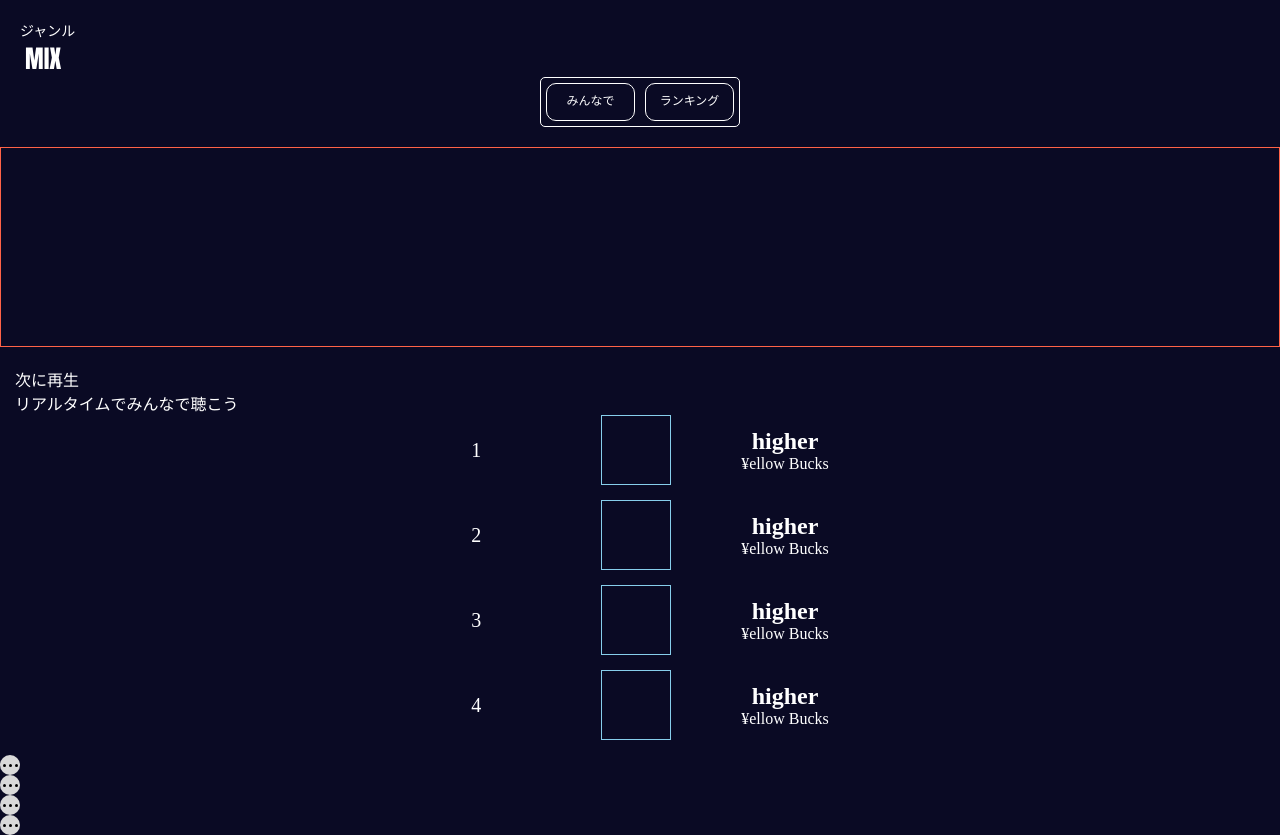
Repository: FujieRyou/2024_team
Page: /LoggedIn
The author's editor kept a copy of each file at every save. The page is drawn from the files as they stood at one save, then again after the next save.
The browser window is 1280 px wide. The pictures show the whole page.
The project was rebuilt for these pictures with package versions that can differ from the ones it lists, and the page was loaded fresh each time. The framework's server and built-in components were replaced by stand-ins that run in the browser. Also part of the build but not shown: next.config.js.

Above is the page before, as saved 2024-01-10 10:05:51.

### src/pages/_app.jsx
import "@/styles/ress.css"
import '@/styles/index.css'

export default function App({ Component, pageProps }) {
  return <Component {...pageProps} />
}

### src/pages/LoggedIn.jsx
import React from 'react'

function LoggedIn (){
    return(
<div id="container_wrap">
    <header>
        <div id="genre_wrap">ジャンル</div>
        <div id="mix_wrap">MIX</div>
        <div id="btn">
            <div class="everyone">みんなで</div>
            <div class="ranking">ランキング</div>
        </div>
    </header>
    <div id="main_img">
        <div class="scrollContent">
            <div class="scrollWrap">
            </div>
        </div>

    </div>
    <div id="maincontent_wrap">
        <div id="addition_wrap">
                <p className='addition'>次に再生<br/><span>リアルタイムでみんなで聴こう</span></p>
        </div>
        <div id="songContent_wrap">
            <p class="song_num">1</p>
            <div id="song_wrap">
                <div id="singer_wrap">
                    <h2 class="songtitle">higher</h2>
                    <p class="singer">¥ellow Bucks</p>
                </div>
                <div class="song_img">
                </div>
            </div>
        </div>
    </div>
        <div id="songContent_wrap">
            <p class="song_num">2</p>
            <div id="song_wrap">

                <div id="singer_wrap">
                    <h2 class="songtitle">higher</h2>
                    <p class="singer">¥ellow Bucks</p>
                </div>
                <div class="song_img">
                </div>
            </div>
        </div>

        <div id="songContent_wrap">
            <p class="song_num">3</p>
            <div id="song_wrap">
                <div id="singer_wrap">
                    <h2 class="songtitle">higher</h2>
                    <p class="singer">¥ellow Bucks</p>
                </div>
                <div class="song_img">
                </div>
            </div>
        </div>
        <div id="songContent_wrap">
            <p class="song_num">4</p>
            <div id="song_wrap">
                <div id="singer_wrap">
                    <h2 class="songtitle">higher</h2>
                    <p class="singer">¥ellow Bucks</p>
                </div>
                <div class="song_img">
                </div>
            </div>
        </div>
        <div class="button_wrap">
            <div class="button">
                <p>
                    <span></span>
                    <span></span>
                    <span></span>
                </p>
            </div>
            <div class="button">
                <p>
                    <span></span>
                    <span></span>
                    <span></span>
                </p>
            </div>
            <div class="button">
                <p>
                    <span></span>
                    <span></span>
                    <span></span>
                </p>
            </div>
            <div class="button">
                <p>
                    <span></span>
                    <span></span>
                    <span></span>
                </p>
            </div>
        </div>
    </div>
    )
}

export default LoggedIn

### src/styles/ress.css
/*!
 * ress.css • v4.0.0
 * MIT License
 * github.com/filipelinhares/ress
 */

/* # =================================================================
   # Global selectors
   # ================================================================= */

   html {
    box-sizing: border-box;
    -webkit-text-size-adjust: 100%; /* Prevent adjustments of font size after orientation changes in iOS */
    word-break: normal;
    -moz-tab-size: 4;
    tab-size: 4;
  }

  *,
  ::before,
  ::after {
    background-repeat: no-repeat; /* Set `background-repeat: no-repeat` to all elements and pseudo elements */
    box-sizing: inherit;
  }

  ::before,
  ::after {
    text-decoration: inherit; /* Inherit text-decoration and vertical align to ::before and ::after pseudo elements */
    vertical-align: inherit;
  }

  * {
    padding: 0; /* Reset `padding` and `margin` of all elements */
    margin: 0;
  }

  /* # =================================================================
     # General elements
     # ================================================================= */

  hr {
    overflow: visible; /* Show the overflow in Edge and IE */
    height: 0; /* Add the correct box sizing in Firefox */
    color: inherit; /* Correct border color in Firefox. */
  }

  details,
  main {
    display: block; /* Render the `main` element consistently in IE. */
  }

  summary {
    display: list-item; /* Add the correct display in all browsers */
  }

  small {
    font-size: 80%; /* Set font-size to 80% in `small` elements */
  }

  [hidden] {
    display: none; /* Add the correct display in IE */
  }

  abbr[title] {
    border-bottom: none; /* Remove the bottom border in Chrome 57 */
    /* Add the correct text decoration in Chrome, Edge, IE, Opera, and Safari */
    text-decoration: underline;
    text-decoration: underline dotted;
  }

  a {
    background-color: transparent; /* Remove the gray background on active links in IE 10 */
  }

  a:active,
  a:hover {
    outline-width: 0; /* Remove the outline when hovering in all browsers */
  }

  code,
  kbd,
  pre,
  samp {
    font-family: monospace, monospace; /* Specify the font family of code elements */
  }

  pre {
    font-size: 1em; /* Correct the odd `em` font sizing in all browsers */
  }

  b,
  strong {
    font-weight: bolder; /* Add the correct font weight in Chrome, Edge, and Safari */
  }

  /* https://gist.github.com/unruthless/413930 */
  sub,
  sup {
    font-size: 75%;
    line-height: 0;
    position: relative;
    vertical-align: baseline;
  }

  sub {
    bottom: -0.25em;
  }

  sup {
    top: -0.5em;
  }

  table {
    border-color: inherit; /* Correct border color in all Chrome, Edge, and Safari. */
    text-indent: 0; /* Remove text indentation in Chrome, Edge, and Safari */
  }

  /* # =================================================================
     # Forms
     # ================================================================= */

  input {
    border-radius: 0;
  }

  /* Replace pointer cursor in disabled elements */
  [disabled] {
    cursor: default;
  }

  [type='number']::-webkit-inner-spin-button,
  [type='number']::-webkit-outer-spin-button {
    height: auto; /* Correct the cursor style of increment and decrement buttons in Chrome */
  }

  [type='search'] {
    -webkit-appearance: textfield; /* Correct the odd appearance in Chrome and Safari */
    outline-offset: -2px; /* Correct the outline style in Safari */
  }

  [type='search']::-webkit-search-decoration {
    -webkit-appearance: none; /* Remove the inner padding in Chrome and Safari on macOS */
  }

  textarea {
    overflow: auto; /* Internet Explorer 11+ */
    resize: vertical; /* Specify textarea resizability */
  }

  button,
  input,
  optgroup,
  select,
  textarea {
    font: inherit; /* Specify font inheritance of form elements */
  }

  optgroup {
    font-weight: bold; /* Restore the font weight unset by the previous rule */
  }

  button {
    overflow: visible; /* Address `overflow` set to `hidden` in IE 8/9/10/11 */
  }

  button,
  select {
    text-transform: none; /* Firefox 40+, Internet Explorer 11- */
  }

  /* Apply cursor pointer to button elements */
  button,
  [type='button'],
  [type='reset'],
  [type='submit'],
  [role='button'] {
    cursor: pointer;
    color: inherit;
  }

  /* Remove inner padding and border in Firefox 4+ */
  button::-moz-focus-inner,
  [type='button']::-moz-focus-inner,
  [type='reset']::-moz-focus-inner,
  [type='submit']::-moz-focus-inner {
    border-style: none;
    padding: 0;
  }

  /* Replace focus style removed in the border reset above */
  button:-moz-focusring,
  [type='button']::-moz-focus-inner,
  [type='reset']::-moz-focus-inner,
  [type='submit']::-moz-focus-inner {
    outline: 1px dotted ButtonText;
  }

  button,
  html [type='button'], /* Prevent a WebKit bug where (2) destroys native `audio` and `video`controls in Android 4 */
  [type='reset'],
  [type='submit'] {
    -webkit-appearance: button; /* Correct the inability to style clickable types in iOS */
  }

  /* Remove the default button styling in all browsers */
  button,
  input,
  select,
  textarea {
    background-color: transparent;
    border-style: none;
  }

  a:focus,
  button:focus,
  input:focus,
  select:focus,
  textarea:focus {
    outline-width: 0;
  }

  /* Style select like a standard input */
  select {
    -moz-appearance: none; /* Firefox 36+ */
    -webkit-appearance: none; /* Chrome 41+ */
  }

  select::-ms-expand {
    display: none; /* Internet Explorer 11+ */
  }

  select::-ms-value {
    color: currentColor; /* Internet Explorer 11+ */
  }

  legend {
    border: 0; /* Correct `color` not being inherited in IE 8/9/10/11 */
    color: inherit; /* Correct the color inheritance from `fieldset` elements in IE */
    display: table; /* Correct the text wrapping in Edge and IE */
    max-width: 100%; /* Correct the text wrapping in Edge and IE */
    white-space: normal; /* Correct the text wrapping in Edge and IE */
    max-width: 100%; /* Correct the text wrapping in Edge 18- and IE */
  }

  ::-webkit-file-upload-button {
    /* Correct the inability to style clickable types in iOS and Safari */
    -webkit-appearance: button;
    color: inherit;
    font: inherit; /* Change font properties to `inherit` in Chrome and Safari */
  }

  /* # =================================================================
     # Specify media element style
     # ================================================================= */

  img {
    border-style: none; /* Remove border when inside `a` element in IE 8/9/10 */
  }

  /* Add the correct vertical alignment in Chrome, Firefox, and Opera */
  progress {
    vertical-align: baseline;
  }

  /* # =================================================================
     # Accessibility
     # ================================================================= */

  /* Specify the progress cursor of updating elements */
  [aria-busy='true'] {
    cursor: progress;
  }

  /* Specify the pointer cursor of trigger elements */
  [aria-controls] {
    cursor: pointer;
  }

  /* Specify the unstyled cursor of disabled, not-editable, or otherwise inoperable elements */
  [aria-disabled='true'] {
    cursor: default;
  }

### src/styles/index.css
html,body{
    width: 100vw;
    height: 100vh;
    background-color: #0A0A24;
    color: #fff;
}

nav{
    width: 100%;
    height: 81px;
    display: flex;
    justify-content: space-around;
    position: fixed;
    bottom: 0px;
    background-color: #0A0A24;
    border-top: solid 1px #8E8E8E;
}

.iconWrap{
    display: flex;
    flex-direction: column;
    align-items: center;
    justify-content: center;
}

.iconWrap a{
    display: flex;
    flex-direction: column;
    align-items: center;
    justify-content: center;
    text-decoration: none;
}

.iconWrap p{
    font-size: 10px;
    margin-top: 4px;
    color: #fff;
}

.loginWrap{
    width: 100vw;
    height: 100vh;
    padding-top: 200px;
}

.indexWrap{
    width: 100%;
    height: 100%;
}

/* h2{
    font-size: 64px;
    text-align: center;
    font-family: sans-serif;
    padding-top: 30px;
} */

.appName{
    font-size: 64px;
    text-align: center;
    font-family: sans-serif;
    padding-top: 30px;
    margin-top: 30px;
    color: #fff;
}

.signBtnWrap{
    width: 100%;
    height: auto;
}

.signBtn{
    display: flex;
    align-items: center;
    justify-content: center;
    width: 200px;
    height: 54px;
    border-radius: 30px;
    background-color: rgb(65, 243, 65);
    font-size: 16px;
    /* box-shadow: 3px 1px 3px 1px rgb(235, 235, 235); */
    margin: 0 auto;
    margin-top: 280px;
    color: #000;
    text-decoration: none;
}

.logoBox{
    width: 64px;
    height: 64px;
    background-color: gray;
    color: #fff;
    margin: 0 auto;
    display: flex;
    justify-content: center;
    align-items: center;
}

h2{
    text-align: center;
}

.searchWrap{
    margin-top: 69px;
    margin-bottom: 11px;
    padding: 0px 13px;
}

.searchTxt{
    width: 100%;
    height: 40px;
    border: solid 1px #000;
    background-color: #28376C;
    color: #fff;
    padding: 7px 18px;
    border-radius: 13px;

}

.searchBtn{
    width: 64px;
    height: 32px;
    background-color: aquamarine;
}

.searchResults{
    display: flex;
    gap: 8px;
    width: 100%;
    height: 88px;
    padding: 8px;
    overflow: hidden;
}

.searchResultsImg{
    width: 80px;
    height: 80px;
}

.searchResultsTxt p{
    width: 288px;
    font-size: 14px;
}

.genreWrap{
    padding: 0px 21px;
}

.genreWrap p{
    padding-left: 74px;
    margin-bottom: 12px;
}

.genruBtnWrap{
    display: flex;
    flex-wrap: wrap;
    padding: 0px 8px;
    gap: 16px 12px;
    margin: 0 auto;
}

.genruBtnWrap > button{
    width: 172px;
    height: 86px;
    background-color: #F42C2C;
    border-radius: 10px;
}

#genre_wrap{
    padding-top: 20px;
    align-items: center;
    color: #fff;
    font-size: 14px;
    margin-left: 20px;
    font-family: 'Noto Sans JP', sans-serif;
}

/* MIX */
#mix_wrap{
    font-size: 25px;
    font-family:Impact, Haettenschweiler, 'Arial Narrow Bold', sans-serif;
    margin-left: 25px;
}

/*genre btn*/
#btn{
    display: flex;
    justify-content: center;
    align-items: center;
    width: 200px;
    height: 50px;
    border: solid 1px #fff;
    border-radius: 5px;
    margin: 0 auto;
    text-align: center;
    margin-bottom: 20px;
}

.everyone{
    width: 80%;
    height: 80%;
    line-height: 35px;
    margin:0 5px;
    border: solid 1px #fff;
    border-radius: 10px;
    font-size: 12px;
    font-family:  'Noto Sans JP', sans-serif;
}

.ranking{
    width: 80%;
    height: 80%;
    line-height: 35px;
    margin:0 5px;
    border: solid 1px #fff;
    border-radius: 10px;
    font-size: 12px;
    font-family:  'Noto Sans JP', sans-serif;;
}


/*main*/
#main_img{
    width: 100%;
    height: 200px;
    border: solid 1px tomato;
    margin: 0 auto;

}

/*見出し*/
#addition_wrap{
    margin-top: 20px;
    margin-left: 15px;
}
.addition{
    font-size: 16px;
    font-family:  'Noto Sans JP', sans-serif;
}
.dli-plus {
    display: inline-block;
    vertical-align: middle;
    justify-content: center;
    color: #fff;
    line-height: 20px;
    width: 1.5rem;
    height:0.15rem;
    background: #efefef;
    border-radius: 1rem;
    position: relative;
    top:24px;
    left:10px;
  }

  .dli-plus::before {
    content: '';
    position: absolute;
    top: 0;
    left: 0;
    width: 100%;
    height: 100%;
    background: inherit;
    border-radius: inherit;
    transform: rotate(90deg);

  }
#addition_wrap{
    display: flex;
}
#addition_wrap  .back{
    display: block;
    background: #231815;
    width: 35px;
    height:35px;
    border-radius: 25%;
    margin-right: 50px;
  }
  .addition-text{
    font-size: 30px;
    font-family:'Noto Sans JP', sans-serif;

}

  #plus_btn{
    /* align-items: center; */
    margin-left:220px;
    margin-top: -18px;
  }

/*music list*/
#songContent_wrap{
    display: flex;
    justify-content: center;
    align-items: center;
    margin-bottom: 15px;
}

.song_num{
    font-size: 20px;
    margin: 0 20px;
}

#song_wrap{
    display: flex;
    flex-direction: row-reverse;
    gap: 70px;
    justify-content: center;
    align-items: center;
}


.song_img{
    border: solid 1px skyblue;
    width: 70px;
    height: 70px;
    margin-left: 100px;
}
.button_wrap{
    display: flex;
    flex-direction: column;
}
.button{
    width: 20px;
    height: 20px;
    border-radius: 50%;
    background-color: #d9d9d9;
    display: flex;
    justify-content: center;
}

.button p{
    display: flex;
    justify-content: center;
    align-items: center;
    text-align: center;
    gap: 3px;
}

.button p span{
    width: 3px;
    height: 3px;
    border-radius: 50%;
    background-color: #000;

}

Loaded but not shown: src/pages/_document.jsx (common file)

After the next save:
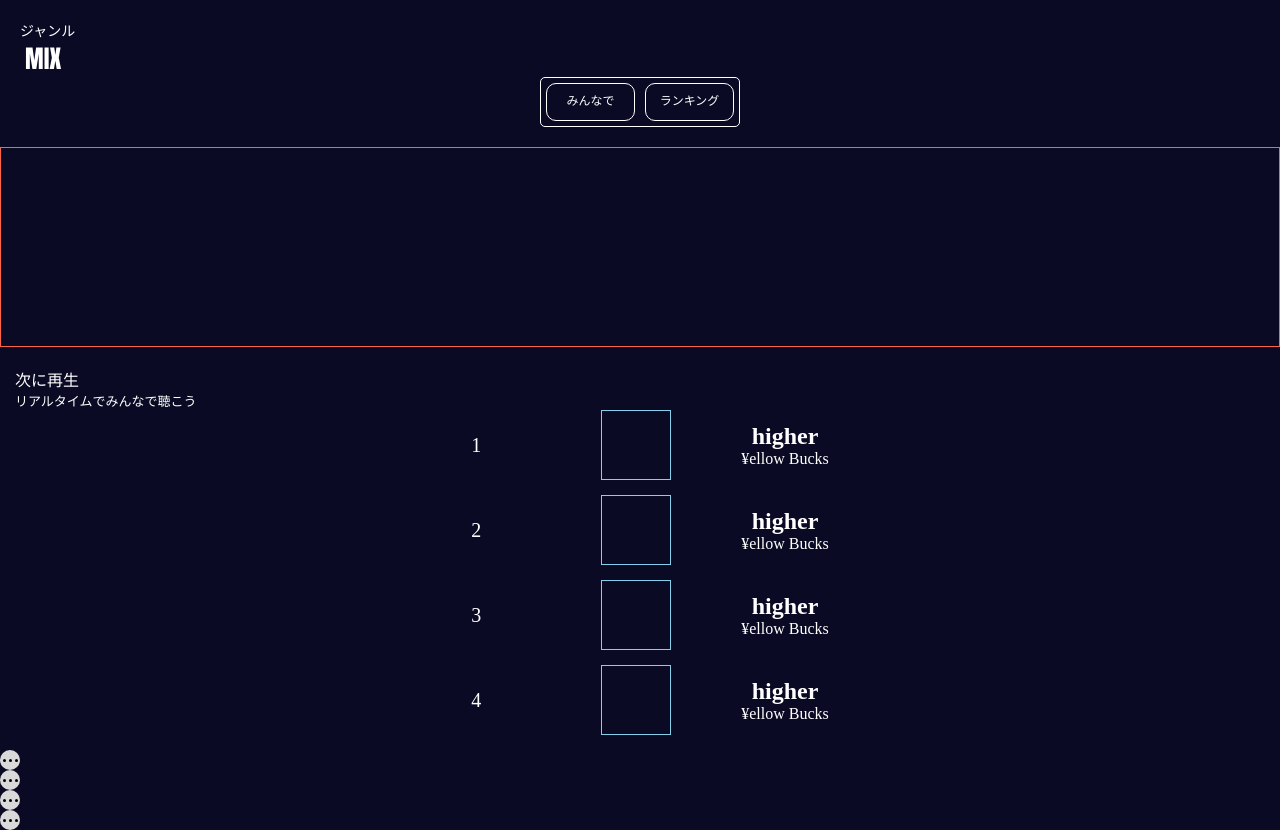
Saved 59 s later.
--- a/src/styles/index.css
+++ b/src/styles/index.css
@@ -236,6 +236,9 @@ h2{
 .addition{
     font-size: 16px;
     font-family:  'Noto Sans JP', sans-serif;
+}
+.addition > span{
+    font-size: 13px;
 }
 .dli-plus {
     display: inline-block;
